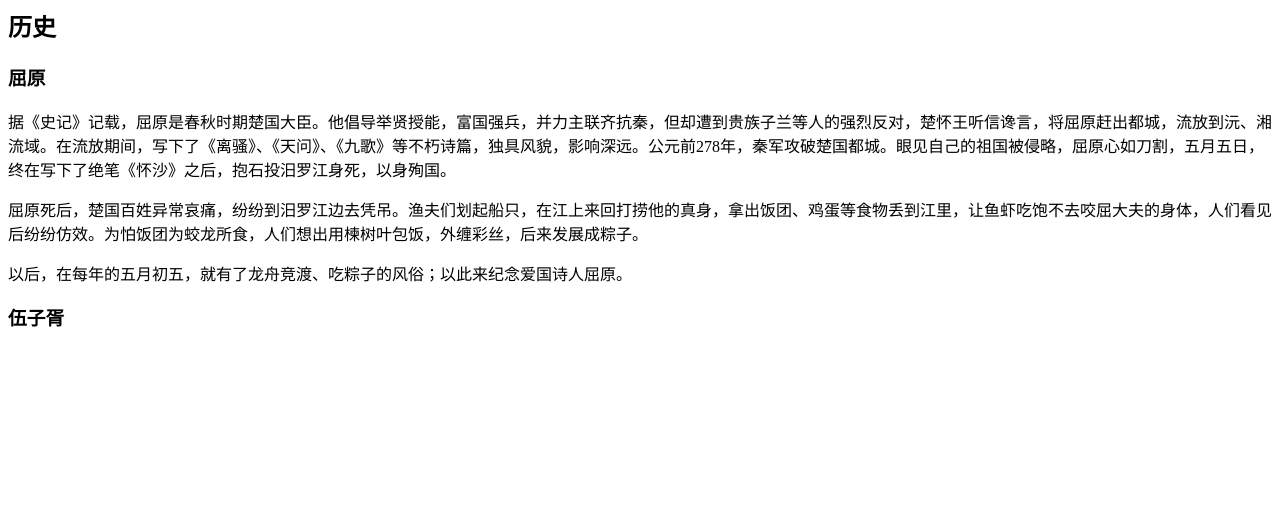
Repository: XueJie1/computer-operation-basics
Page: pages/dragonboatfes/history.html
The author's editor kept a copy of each file at every save. The page is drawn from the files as they stood at one save, then again after the next save.
The browser window is 1280 px wide. The pictures show the whole page.

Above is the page before, as saved 2023-09-11 20:55:43.

### pages/dragonboatfes/history.html
<h2>历史</h2>
<h3>屈原</h3>
<p>据《史记》记载，屈原是春秋时期楚国大臣。他倡导举贤授能，富国强兵，并力主联齐抗秦，但却遭到贵族子兰等人的强烈反对，楚怀王听信谗言，将屈原赶出都城，流放到沅、湘流域。在流放期间，写下了《离骚》、《天问》、《九歌》等不朽诗篇，独具风貌，影响深远。公元前278年，秦军攻破楚国都城。眼见自己的祖国被侵略，屈原心如刀割，五月五日，终在写下了绝笔《怀沙》之后，抱石投汨罗江身死，以身殉国。
</p>

<p>屈原死后，楚国百姓异常哀痛，纷纷到汨罗江边去凭吊。渔夫们划起船只，在江上来回打捞他的真身，拿出饭团、鸡蛋等食物丢到江里，让鱼虾吃饱不去咬屈大夫的身体，人们看见后纷纷仿效。为怕饭团为蛟龙所食，人们想出用楝树叶包饭，外缠彩丝，后来发展成粽子。
</p>

<p>以后，在每年的五月初五，就有了龙舟竞渡、吃粽子的风俗；以此来纪念爱国诗人屈原。</p>
<h3>伍子胥</h3>

After the next save:
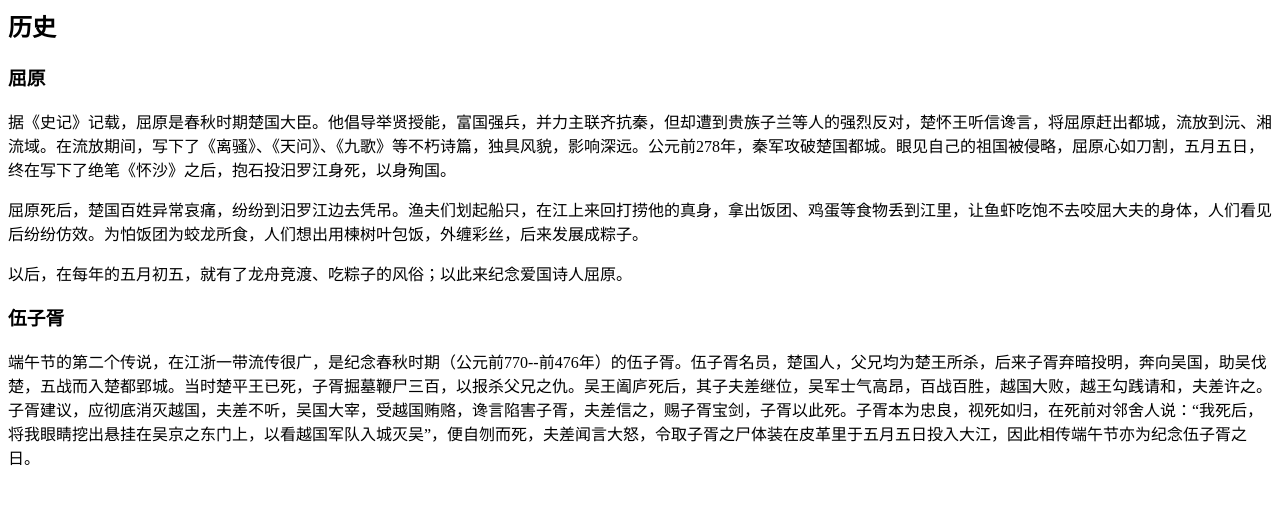
Saved 7 s later.
--- a/pages/dragonboatfes/history.html
+++ b/pages/dragonboatfes/history.html
@@ -8,3 +8,5 @@
 
 <p>以后，在每年的五月初五，就有了龙舟竞渡、吃粽子的风俗；以此来纪念爱国诗人屈原。</p>
 <h3>伍子胥</h3>
+<p>端午节的第二个传说，在江浙一带流传很广，是纪念春秋时期（公元前770--前476年）的伍子胥。伍子胥名员，楚国人，父兄均为楚王所杀，后来子胥弃暗投明，奔向吴国，助吴伐楚，五战而入楚都郢城。当时楚平王已死，子胥掘墓鞭尸三百，以报杀父兄之仇。吴王阖庐死后，其子夫差继位，吴军士气高昂，百战百胜，越国大败，越王勾践请和，夫差许之。子胥建议，应彻底消灭越国，夫差不听，吴国大宰，受越国贿赂，谗言陷害子胥，夫差信之，赐子胥宝剑，子胥以此死。子胥本为忠良，视死如归，在死前对邻舍人说：“我死后，将我眼睛挖出悬挂在吴京之东门上，以看越国军队入城灭吴”，便自刎而死，夫差闻言大怒，令取子胥之尸体装在皮革里于五月五日投入大江，因此相传端午节亦为纪念伍子胥之日。
+</p>
